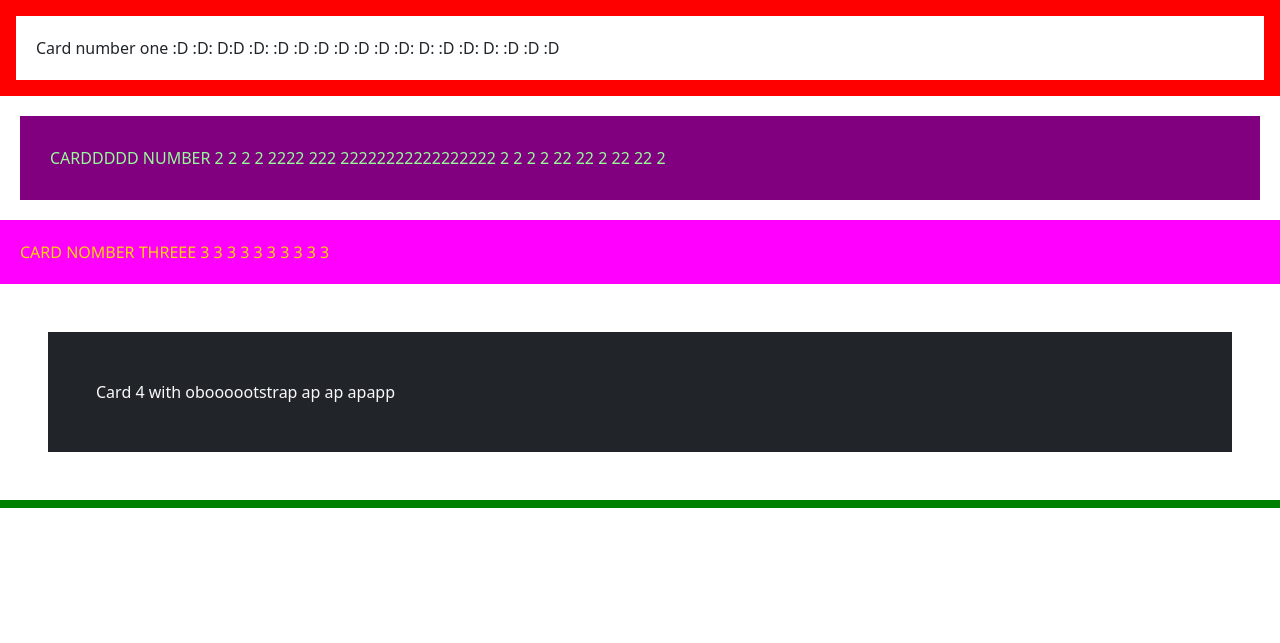
Repository: FbW-E01/spa-react-stylish-cards-gronger
Page: / (app in react-stuff/)
The author's editor kept a copy of each file at every save. The page is drawn from the files as they stood at one save, then again after the next save.
The browser window is 1280 px wide. The pictures show the whole page.
The project was rebuilt for these pictures with package versions that can differ from the ones it lists, and the page was loaded fresh each time.

Above is the page before, as saved 2021-07-14 14:03:32.

### react-stuff/src/index.js
import React from 'react';
import ReactDOM from 'react-dom';
import './main.scss';
import 'bootstrap/dist/css/bootstrap.min.css';
import styled from 'styled-components';


function CardOneInline() {
  const divStyle = {
    border: '16px solid red',
    padding: '20px',
  }

  return <div style={divStyle}>
    Card number one :D :D: D:D :D: :D :D :D :D :D :D :D: D: :D :D: D: :D :D :D
  </div>
}

function CardTwoClass() {
  let className = 'purpleClass';

  return <div className={className}>
    CARDDDDD NUMBER 2 2 2 2 2222 222 22222222222222222 2 2 2 2 22 22 2 22 22  2
  </div>
}

function CardThreeScssClass() {
  return <div className='class-3'>
    CARD NOMBER THREEE 3 3 3 3 3 3 3 3 3 3
  </div>
}

function CardFourBootstrap() {
  return <div className="p-5 m-5 warning bg-dark text-light">
    Card 4 with oboooootstrap ap ap apapp
  </div>
}

const MyDiv = styled.div`
  border: 4px solid green;
  color: red;
`;

ReactDOM.render(
  <div className="wrapper">
    <CardOneInline />
    <CardTwoClass />
    <CardThreeScssClass />
    <CardFourBootstrap />
    <MyDiv />
  </div>

  , document.getElementById('root')
);

### react-stuff/src/main.scss
.wrapper {
    .class-3 {
        background-color: fuchsia;
        color: gold;
        font-family: 'Segoe UI', Tahoma, Geneva, Verdana, sans-serif;
        margin: auto;
        padding: 20px;
    }
    .purpleClass {
        color: palegreen;
        background-color: purple;
        padding: 30px;
        margin: 20px;
    }
}

Loaded but not shown: react-stuff/public/index.html (common file)

After the next save:
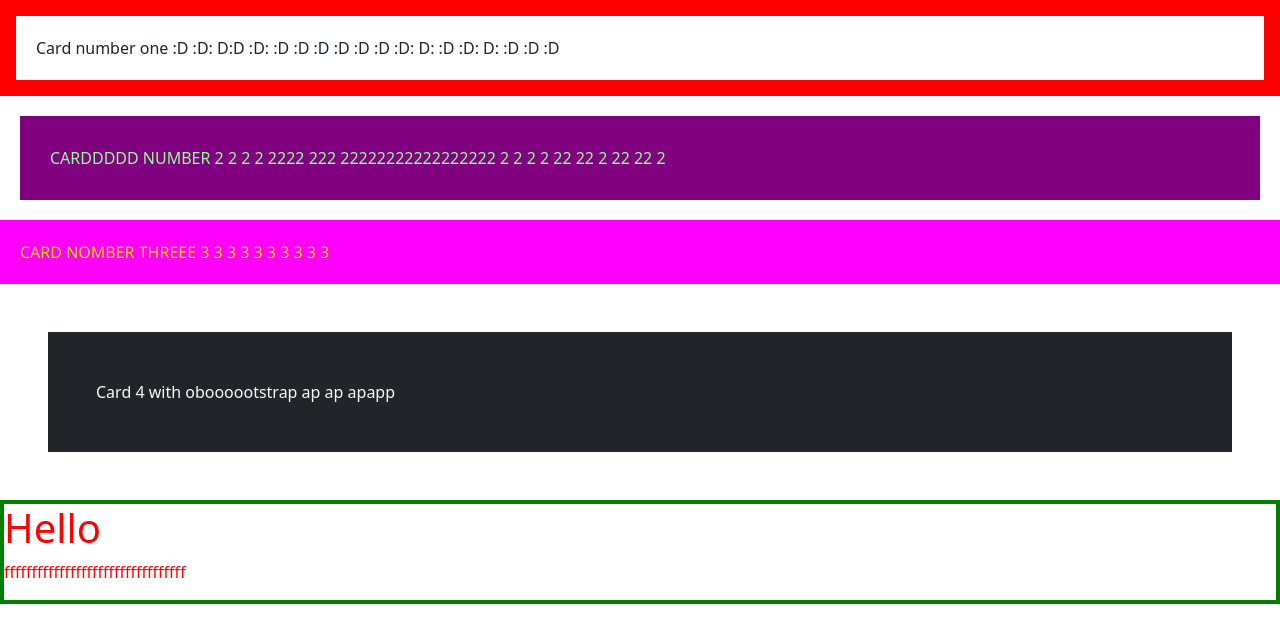
Saved 35 s later.
--- a/react-stuff/src/index.js
+++ b/react-stuff/src/index.js
@@ -47,7 +47,8 @@ ReactDOM.render(
     <CardTwoClass />
     <CardThreeScssClass />
     <CardFourBootstrap />
-    <MyDiv />
+    <MyDiv><h1>Hello</h1>
+    <p>fffffffffffffffffffffffffffffffff</p></MyDiv>
   </div>
 
   , document.getElementById('root')
